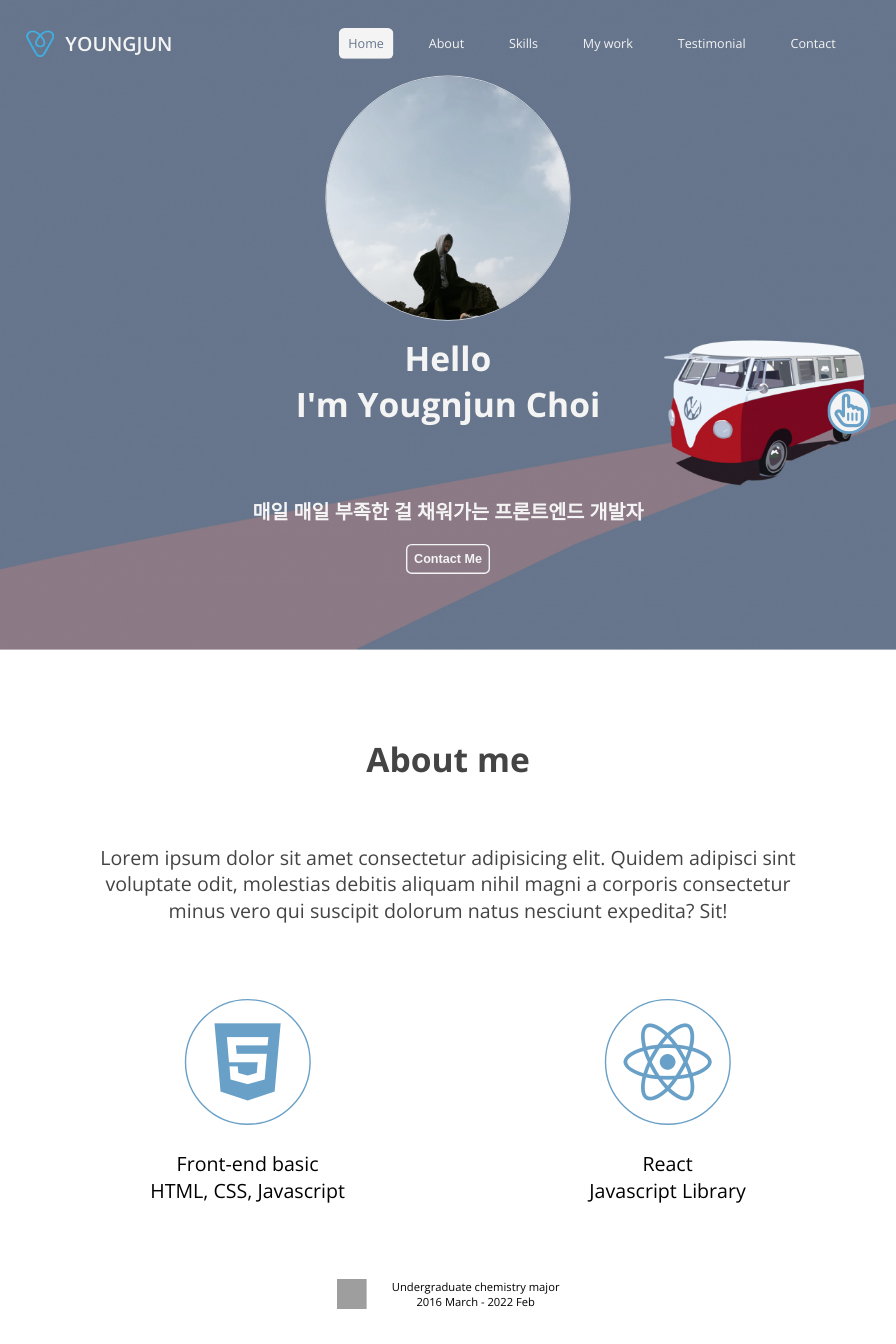
Repository: choi2021/portfolio-vanillaJS
Page: index.html
The author's editor kept a copy of each file at every save. The page is drawn from the files as they stood at one save, then again after the next save.
The browser window is 1280 px wide. The pictures show the part of the page from y = 0 to 1920 px (the page is 5636 px tall), at 70% of full size.
Pictures or frames that could not be fetched are drawn as grey boxes. Some web libraries are served in a nearby version.

Above is the page before, as saved 2022-01-08 16:52:51.

After the next save:
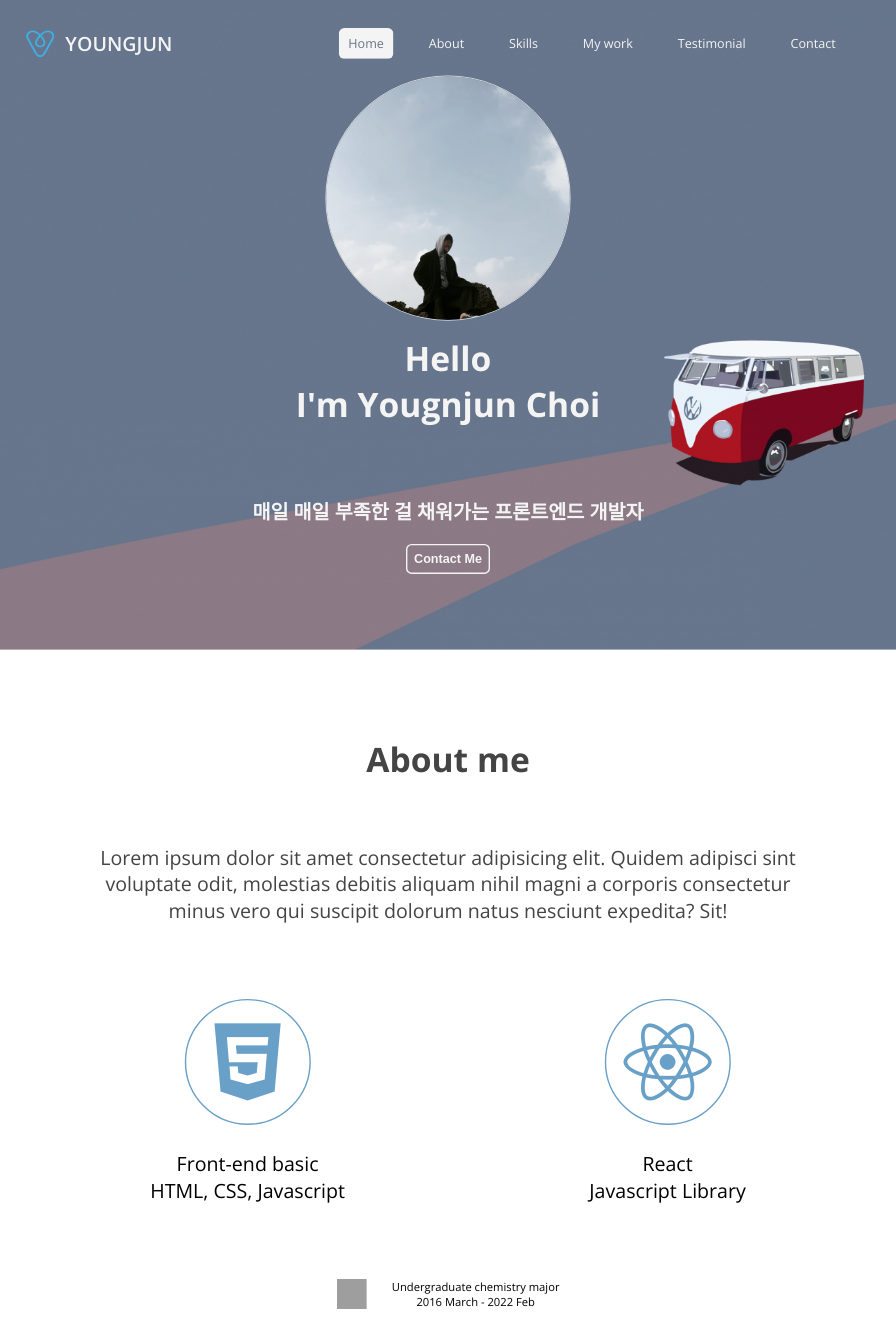
Saved 25 s later.
--- a/style.css
+++ b/style.css
@@ -547,6 +547,7 @@
   background-color: var(--white-color);
   border-radius: 50%;
   border: var(--blue-color) 4px solid;
+  opacity: 0;
 }
 
 @media screen and (min-width: 768px) and (max-width: 1070px) {

After the 2 saves that followed:
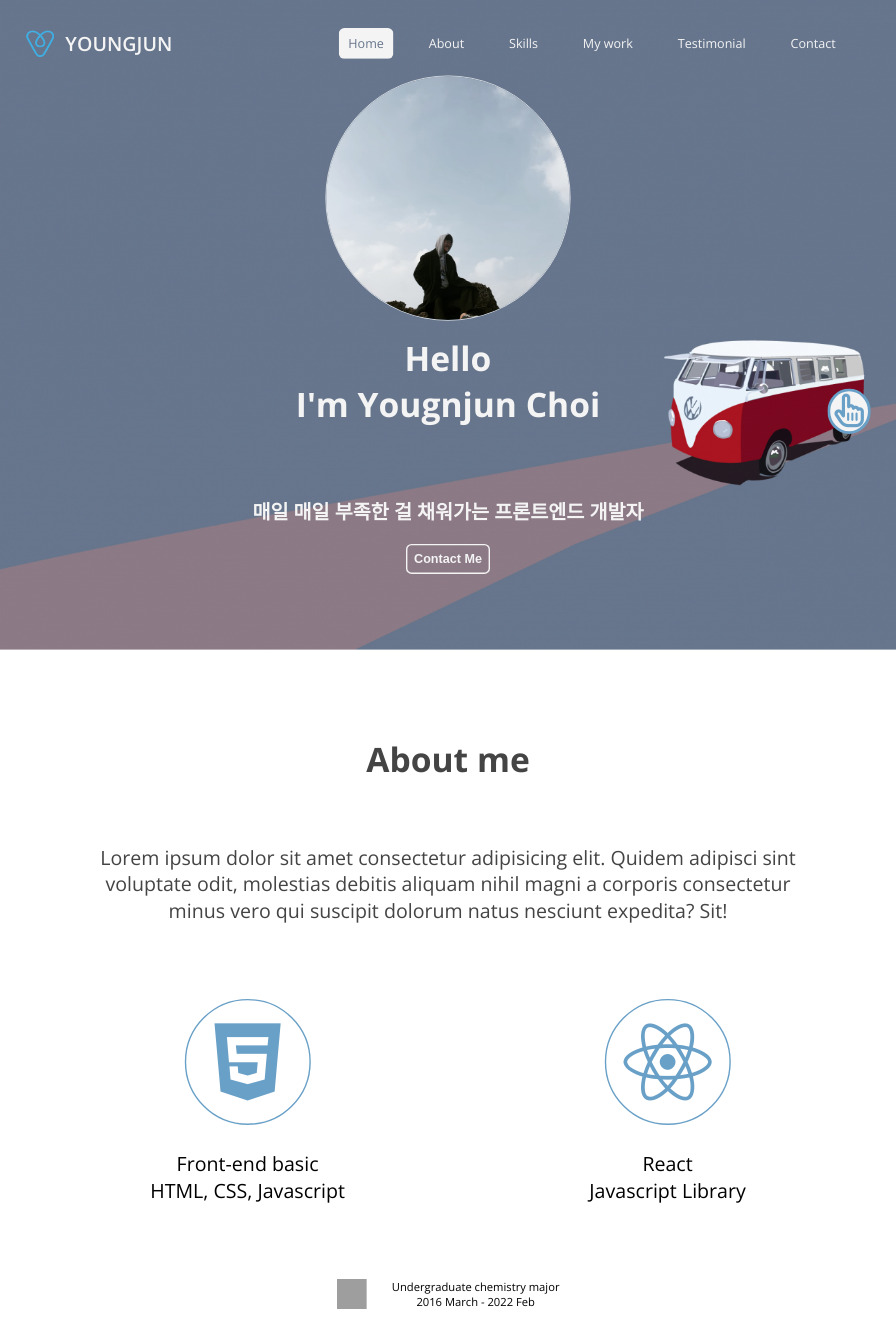
The 2 saves are shown as one change because 1 left the picture as it was.
The last was saved 27 s later.
--- a/style.css
+++ b/style.css
@@ -547,7 +547,8 @@
   background-color: var(--white-color);
   border-radius: 50%;
   border: var(--blue-color) 4px solid;
-  opacity: 0;
+  opacity: 1;
+  pointer-events: none;
 }
 
 @media screen and (min-width: 768px) and (max-width: 1070px) {
